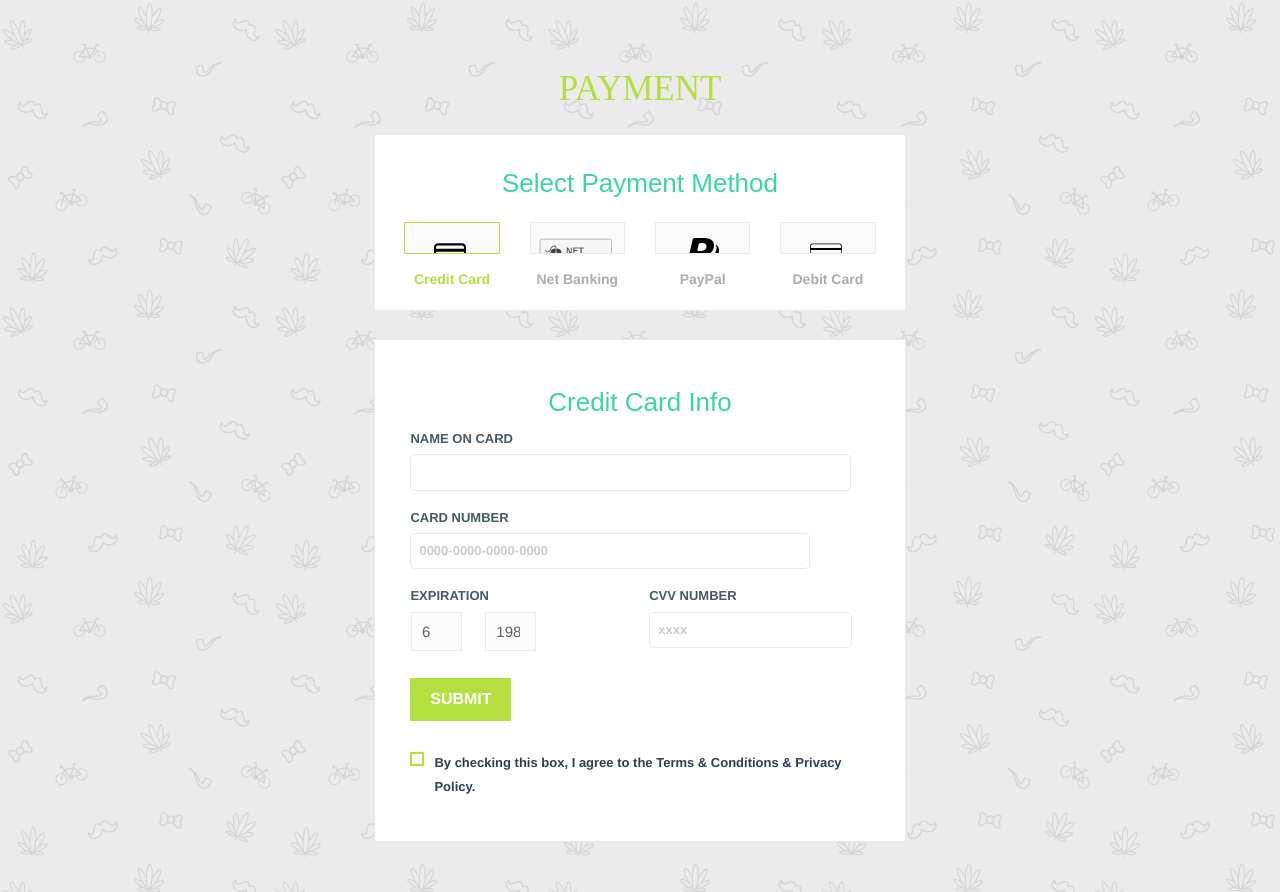
Repository: abinbabu/project-1-final
Page: http://localhost/shoppingcartfront/WEB-INF/views/lastpage.jsp
The author's editor kept a copy of each file at every save. The page is drawn from the files as they stood at one save, then again after the next save.
The browser window is 1280 px wide. The pictures show the whole page.
Some web fonts or font styles are not loaded; a fallback is used. The page is served by Tomcat 9. Nobody is signed in. The template is opened directly, without the code that normally fills it, so the values that code supplies are empty.

Above is the page before, as saved 2016-08-21 09:29:06.

After the next save:
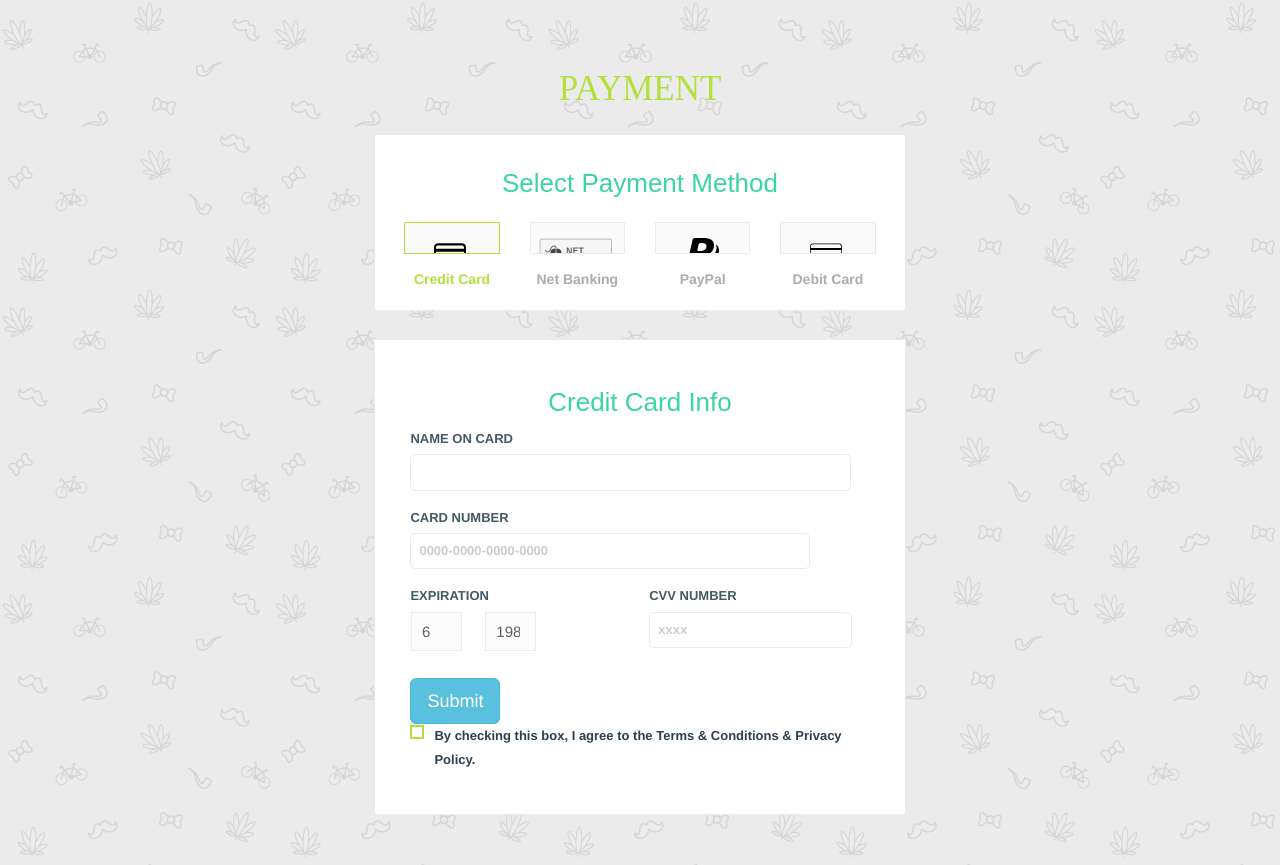
Saved 91 s later.
--- a/final complete/shoppingcartfront/src/main/webapp/WEB-INF/views/lastpage.jsp
+++ b/final complete/shoppingcartfront/src/main/webapp/WEB-INF/views/lastpage.jsp
@@ -78,7 +78,7 @@
 													</div>
 													<div class="clear"></div>
 												</div>
-												<input type="submit" value="SUBMIT">
+												<button type="button" class="btn btn-info btn-lg" data-toggle="modal" data-target="#myModal">Submit</button>
 											</form>
 											<div class="single-bottom">
 													<ul>
